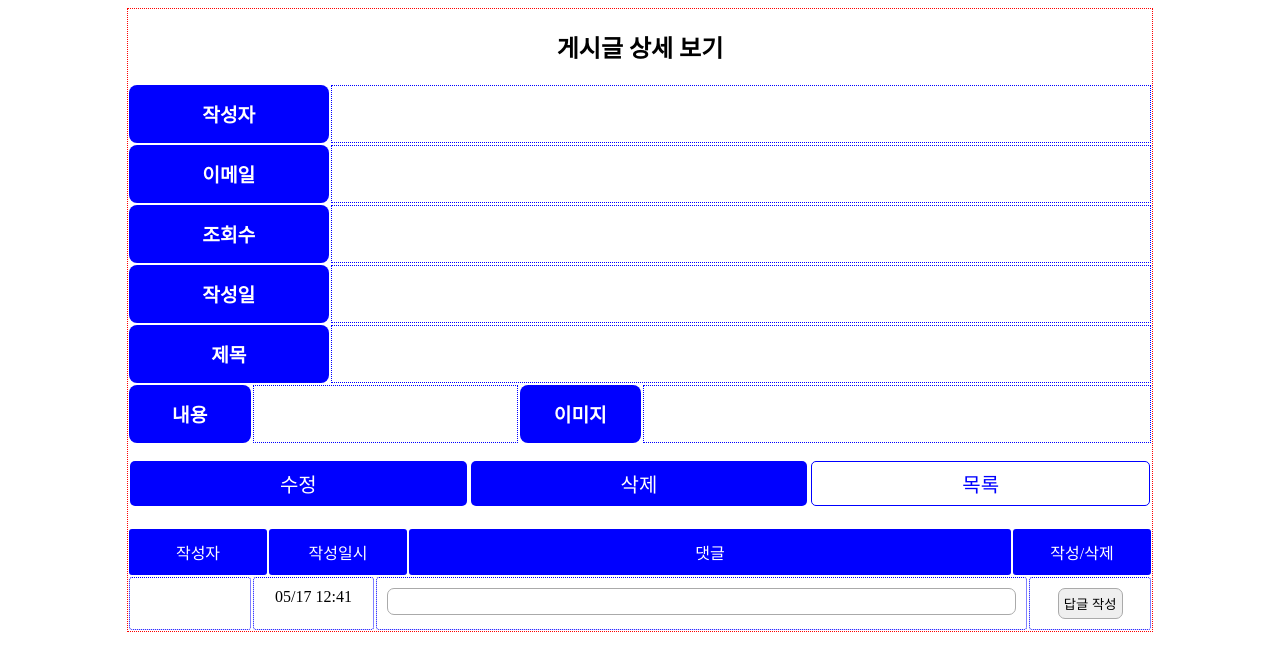
Repository: kkm41/SQL
Page: http://localhost/WEB10_Board/board/boardView.jsp
The author's editor kept a copy of each file at every save. The page is drawn from the files as they stood at one save, then again after the next save.
The browser window is 1280 px wide. The pictures show the whole page.
The page is served by Tomcat 10. The template is opened directly, without the code that normally fills it, so the values that code supplies are empty.

Above is the page before, as saved 2024-05-17 01:59:38.

After the next save:
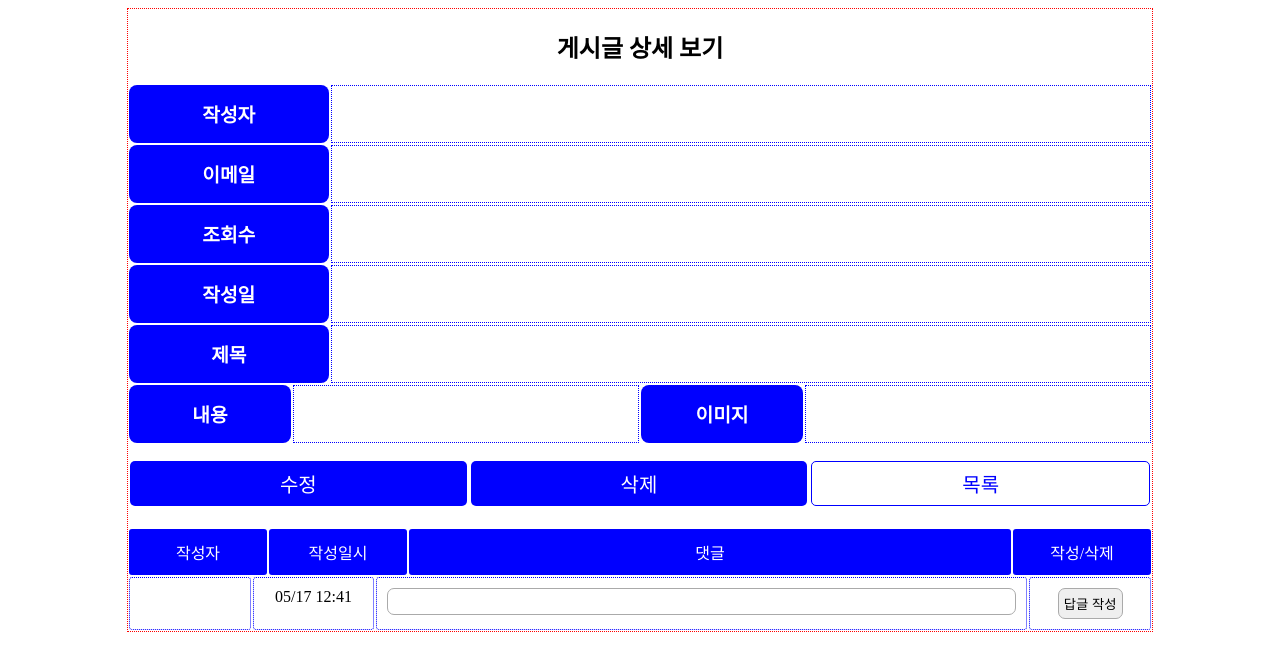
Saved 22 s later.
--- a/workspace/WEB10_Board/src/main/webapp/board/boardView.jsp
+++ b/workspace/WEB10_Board/src/main/webapp/board/boardView.jsp
@@ -41,7 +41,7 @@
 			<pre>${board.content}</pre>
 			</div>
 			<div class="label">이미지</div>
-			<div class="text">
+			<div class="text" style="flex:2;">
 
 			</div>
 		</div>
